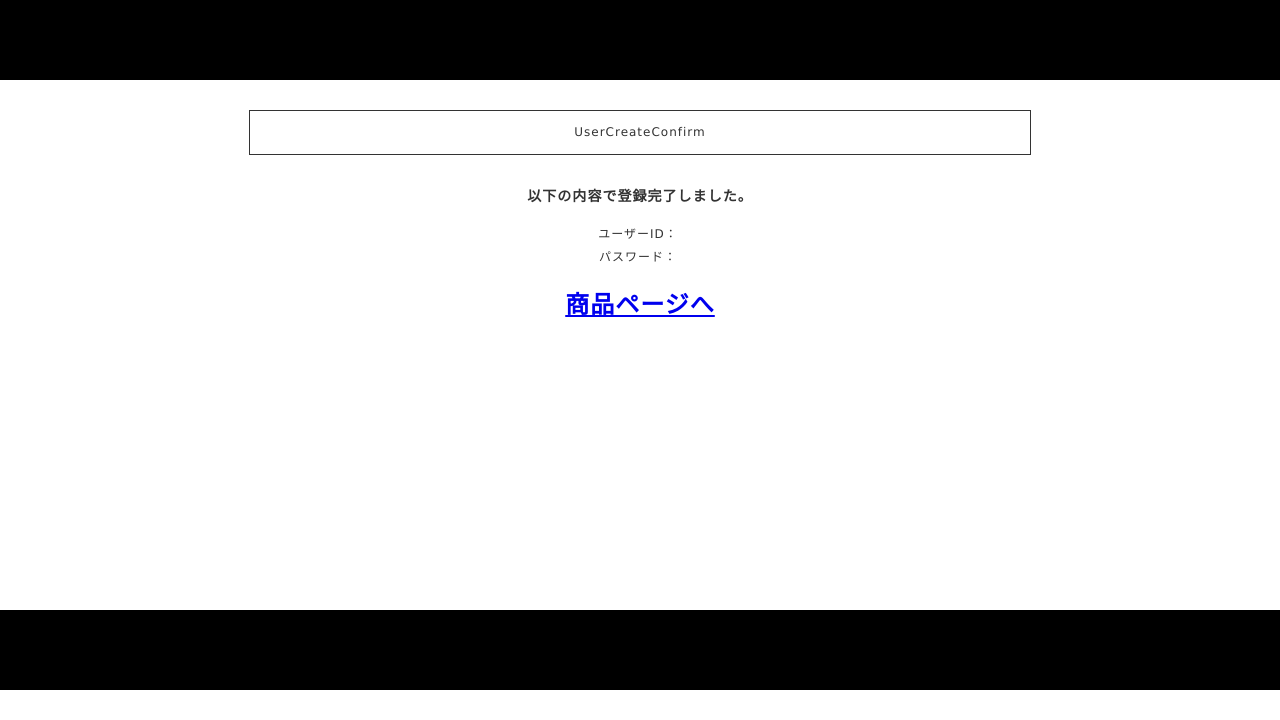
Repository: y321sudo/test2
Page: http://localhost/Yukazon/userCreateComplete.jsp
An editor plug-in stored every save of this project. The page is shown before and after the next save, followed by the edit.
The browser window is 1280 px wide. The pictures show the whole page.
The page is served by Tomcat 9.

Above is the page before, as saved 2018-02-21 08:06:46.

After the next save:
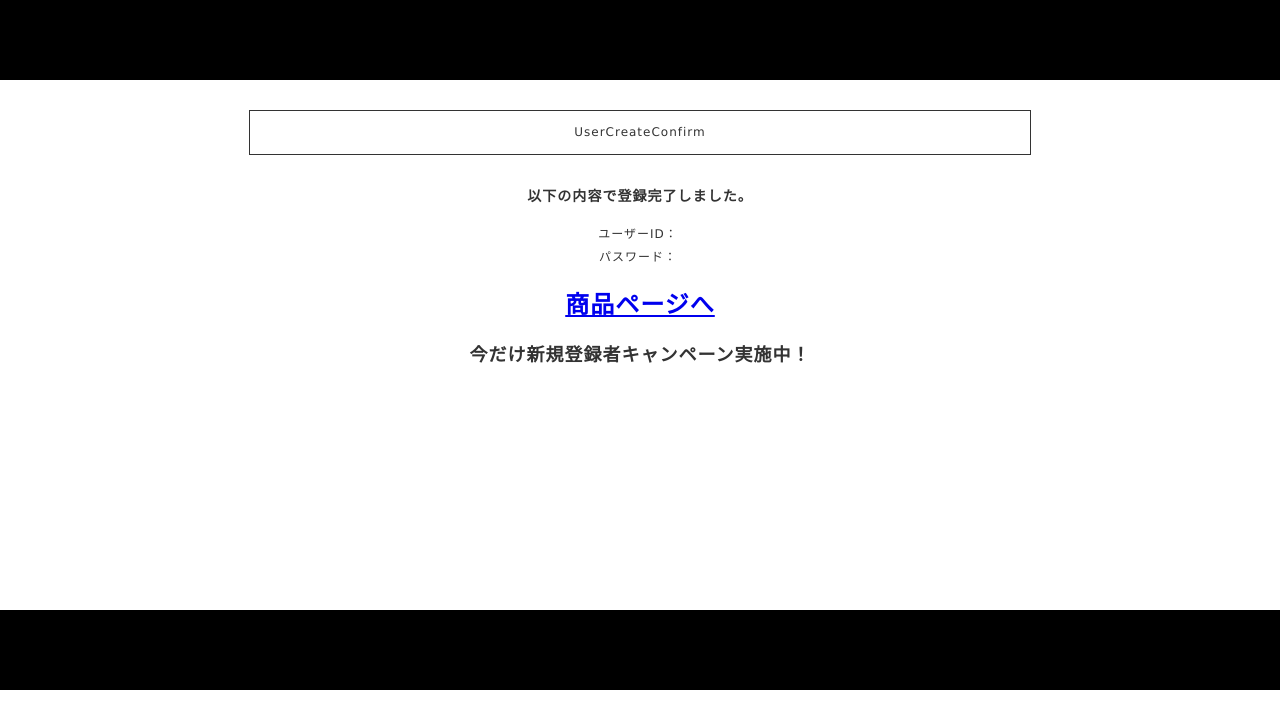
Saved 3 min 18 s later.
--- a/Yukazon/WebContent/userCreateComplete.jsp
+++ b/Yukazon/WebContent/userCreateComplete.jsp
@@ -63,8 +63,6 @@
 </head>
 <body>
 	<div id="header">
-	 	<div id="pr">
-		</div>
 	</div>
 	<div id="main">
 		<div id="top">
@@ -94,10 +92,13 @@
 				<h1><a href="http://localhost:8080/Yukazon/buyItem.jsp">商品ページへ</a></h1>
 			</div>
 		</div>
+		<tr>
+		<td>
+			<h2>今だけ新規登録者キャンペーン実施中！</h2>
+		</td>
+		</tr>
 	</div>
 	<div id="footer">
-	 	<div id="pr">
-		</div>
 	</div>
 </body>
 </html>
